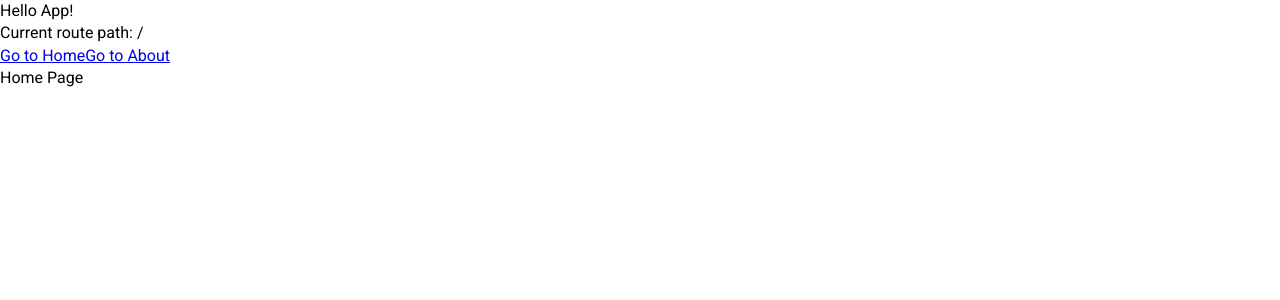
Repository: respectedbro/vue-joint
Page: /
The author's editor kept a copy of each file at every save. The page is drawn from the files as they stood at one save, then again after the next save.
The browser window is 1280 px wide. The pictures show the whole page.
The project was rebuilt for these pictures with package versions that can differ from the ones it lists, and the page was loaded fresh each time. Also part of the build but not shown: vite.config.js, src/views/AboutView.vue.

Above is the page before, as saved 2024-12-13 20:55:11.

### src/main.js
import { createApp } from 'vue'
import App from './App.vue'
import router from './router'
import './assets/styles/index.scss'


const app = createApp(App);
app.use(router);
app.mount('#app');

### src/App.vue
<template>
  <h1>Hello App!</h1>
  <p>
    <strong>Current route path:</strong> {{ $route.fullPath }}
  </p>
  <nav>
    <RouterLink to="/">Go to Home</RouterLink>
    <RouterLink to="/about">Go to About</RouterLink>
  </nav>
  <main>
    <RouterView />
  </main>
</template>

### src/router/index.js
import AboutView from '@/views/AboutView.vue';
import HomeView from '@/views/HomeView.vue';
import { createRouter, createWebHistory } from 'vue-router';

const routes = [
  {
    path: '/',
    name: 'Home',
    component: HomeView,
  },
  {
    path: '/about',
    name: 'About',
    component: AboutView,
  },

];

const router = createRouter({
  history: createWebHistory(),
  routes,
});

export default router;

### src/assets/styles/index.scss
@import url("./reset.scss");
@import url("./common.scss");

### src/views/HomeView.vue
<template>
  <div>
    <h1>Home Page</h1>
  </div>
</template>

<script>
</script>

<style >

</style>

### src/assets/styles/common.scss
@import url("https://fonts.googleapis.com/css2?family=Inter:wght@300;400;700&family=Roboto:wght@400;500&display=swap");

body {
  font: 16px/1.4 "Roboto", sans-serif;
  background: #fff;
  min-height: 100vh;
  margin: 0 auto;
  box-sizing: border-box;
}

Loaded but not shown: index.html (common file); src/assets/styles/reset.scss (common file)

After the next save:
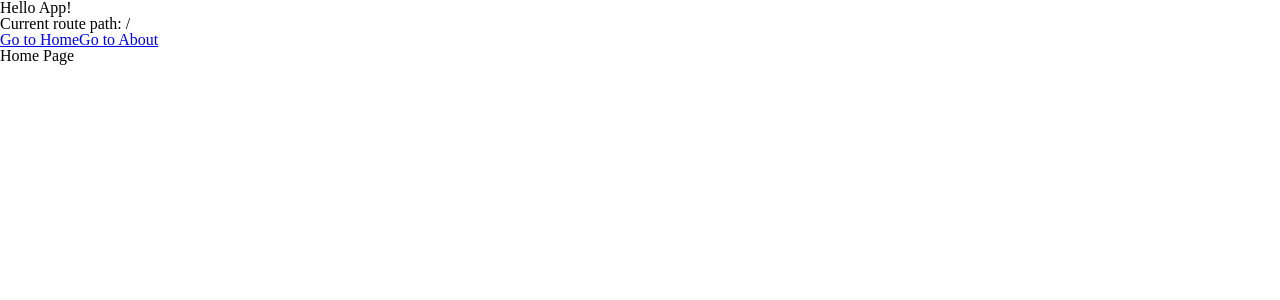
Saved 8 min 7 s later.
--- a/src/assets/styles/common.scss
+++ b/src/assets/styles/common.scss
@@ -1,7 +1,7 @@
 @import url("https://fonts.googleapis.com/css2?family=Inter:wght@300;400;700&family=Roboto:wght@400;500&display=swap");
 
 body {
-  font: 16px/1.4 "Roboto", sans-serif;
+  // font: 16px/1.4 "Roboto", sans-serif;
   background: #fff;
   min-height: 100vh;
   margin: 0 auto;
